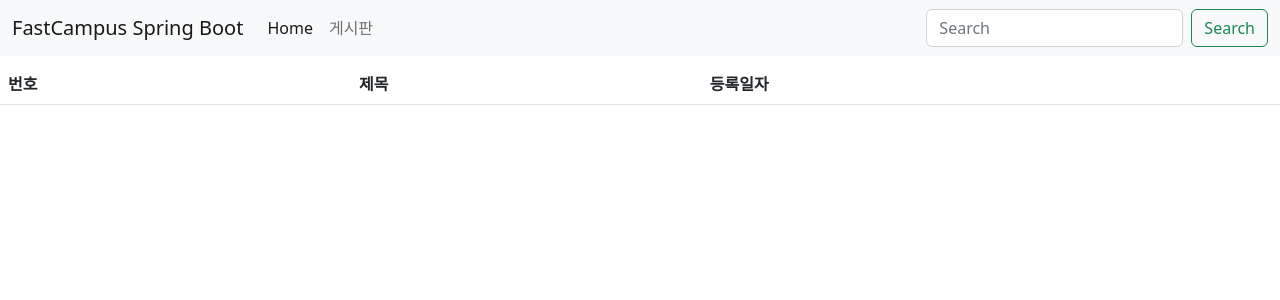
Repository: MeteorLee/Fastcampus_Spring
Page: http://localhost/java-web-01-jsp/board/list.jsp
An editor plug-in stored every save of this project. The page is shown before and after a run of saves, followed by the edit.
The browser window is 1280 px wide. The pictures show the whole page.
The page is served by Tomcat 9. Queries for data that is not in the repository find no rows.

Above is the page before, as saved 2022-12-23 12:17:34.

### java-web-01-jsp/WebContent/board/list.jsp
<%@page import="java.sql.Statement"%>
<%@page import="java.sql.ResultSet"%>
<%@page import="java.sql.PreparedStatement"%>
<%@page import="java.sql.DriverManager"%>
<%@page import="java.sql.Connection"%>
<%@ page language="java" contentType="text/html; charset=UTF-8"
    pageEncoding="UTF-8"%>
<!DOCTYPE html>
<html>
	<head>
		<meta charset="UTF-8">
		<title>Insert title here</title>
		<link href="https://cdn.jsdelivr.net/npm/bootstrap@5.2.3/dist/css/bootstrap.min.css" rel="stylesheet" integrity="sha384-rbsA2VBKQhggwzxH7pPCaAqO46MgnOM80zW1RWuH61DGLwZJEdK2Kadq2F9CUG65" crossorigin="anonymous">
	</head>
	<body>
		<%@ include file="/common/header.jsp" %>

		<table class="table">
			<thead>
				<tr>
					<th scope="col">번호</th>
					<th scope="col">제목</th>
					<th scope="col">등록일자</th>
				</tr>
			</thead>
			<tbody>
<%

	// db에 접속할 quer
	String query = request.getParameter("query");
	// DB에 접속을 하고 위에 내용을 저장하는 소스 구현
	Connection connection = null;
	ResultSet rs = null;
	try {
		Class.forName("com.mysql.cj.jdbc.Driver");
		// 데이터베이스 접속을 위한 정보 set
		String jdbcUrl = "jdbc:mysql://localhost:3307/profile";
		// db설치시 기입한 접속정보 set
		String user = "root";
		String password = "1234";
		// db 접속 커넥션을 획득
		connection = DriverManager.getConnection(jdbcUrl, user, password);
		String sql = "SELECT BOARD_SEQ, TITLE, CONTENTS, REG_DATE FROM T_BOARD";
		if (query != null && !query.isEmpty()) {
			sql += " WHERE TITLE LIKE CONCAT('%', CONCAT('" + query + "', '%'))";

		}
		// DB 커넥션 소스를 구현해야되요.
		Statement stmt = connection.createStatement();
		rs = stmt.executeQuery(sql);

		int rowCount = 0;
		while (rs.next()) {
			rowCount++;
%>
		<tr>
			<th scope="row"><%=rs.getString("BOARD_SEQ") %></th>
			<td>
				<a href="/board/detail.jsp?boardSeq=<%=rs.getString("BOARD_SEQ") %>">
					<%=rs.getString("TITLE") %>
				</a>
			</td>
			<td><%=rs.getString("REG_DATE") %></td>
		</tr>
<%
		}
		// 데이터가 없거나 키워드 검색의 결과가 존재하지 않음
		if (rowCount == 0) {

		}
%>
<%
	} catch (Exception e) {
		e.printStackTrace();
	} finally {
		try {
			// ResultSet 연결을 종료
			if (rs != null) {
				rs.close();
			}
			// db 커넥션 연결을 종료
			if (connection != null) {
				connection.close();
			}
		} catch (Exception e) {
			e.printStackTrace();
		}
	}
%>
			</tbody>
		</table>
		<script src="https://cdn.jsdelivr.net/npm/bootstrap@5.2.3/dist/js/bootstrap.bundle.min.js" integrity="sha384-kenU1KFdBIe4zVF0s0G1M5b4hcpxyD9F7jL+jjXkk+Q2h455rYXK/7HAuoJl+0I4" crossorigin="anonymous"></script>
	</body>
</html>

### java-web-01-jsp/WebContent/common/header.jsp
<%@ page language="java" contentType="text/html; charset=UTF-8"
    pageEncoding="UTF-8"%>
<nav class="navbar navbar-expand-lg bg-light">
  <div class="container-fluid">
    <a class="navbar-brand" href="#">FastCampus Spring Boot</a>
    <button class="navbar-toggler" type="button" data-bs-toggle="collapse" data-bs-target="#navbarSupportedContent" aria-controls="navbarSupportedContent" aria-expanded="false" aria-label="Toggle navigation">
      <span class="navbar-toggler-icon"></span>
    </button>
    <div class="collapse navbar-collapse" id="navbarSupportedContent">
      <ul class="navbar-nav me-auto mb-2 mb-lg-0">
        <li class="nav-item">
          <a class="nav-link active" aria-current="page" href="/">Home</a>
        </li>
        <li class="nav-item">
          <a class="nav-link" href="/board/list.jsp">게시판</a>
        </li>

      </ul>
      <form action="/board/list.jsp" class="d-flex" role="search">
        <input name="query" class="form-control me-2" type="search" placeholder="Search" aria-label="Search">
        <button class="btn btn-outline-success" type="submit">Search</button>
      </form>
    </div>
  </div>
</nav>
<div class="mt-2"></div>

After the next 2 saves:
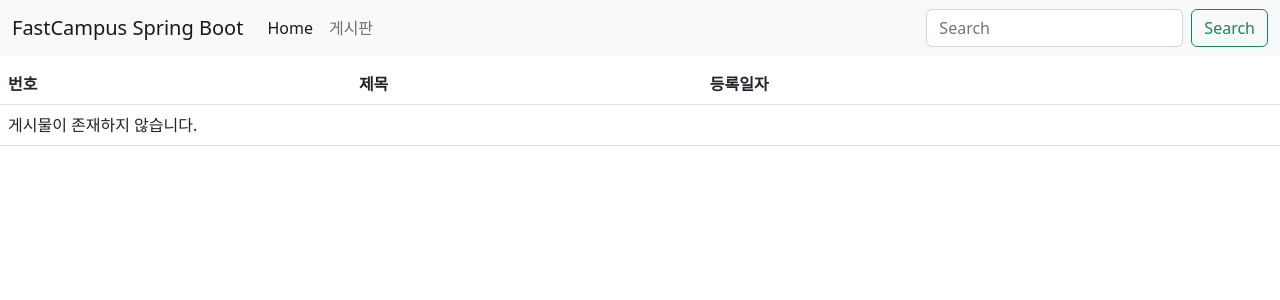
The 2 saves are shown as one change because they came seconds apart.
The last was saved 70 s later.
--- a/java-web-01-jsp/WebContent/board/list.jsp
+++ b/java-web-01-jsp/WebContent/board/list.jsp
@@ -66,7 +66,12 @@
 		}
 		// 데이터가 없거나 키워드 검색의 결과가 존재하지 않음
 		if (rowCount == 0) {
+%>
+		<tr>
+			<td colspan="3">게시물이 존재하지 않습니다.</td>
+		</tr>
 
+<%
 		}
 %>
 <%
